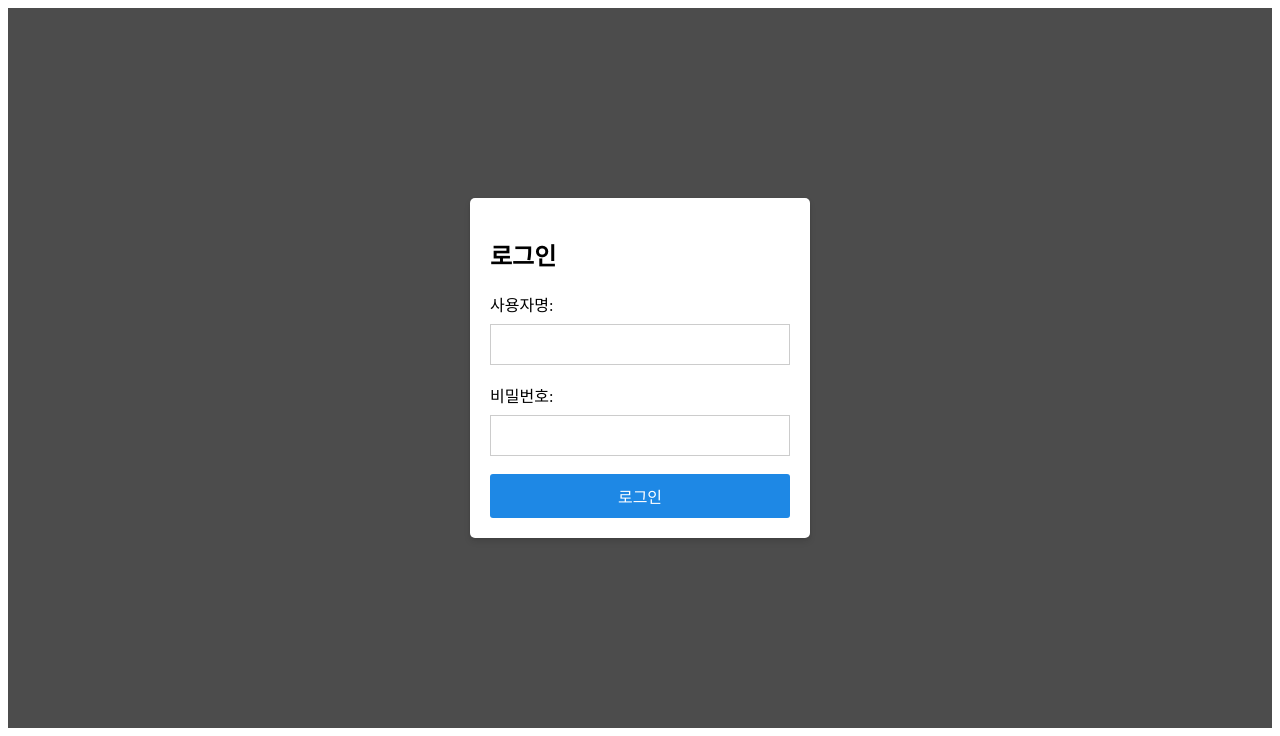
Repository: NewTurn2017/MyChome
Page: index.html
These files come from the project's save history. The page is drawn as it stood at one moment and after the next save; the edit follows.
The browser window is 1280 px wide. The pictures show the whole page.
The page's requests for data from a server got no answer.

Above is the page before, as saved 2023-04-17 20:51:36.
Console error: ReferenceError: validateUser is not defined

After the next save:
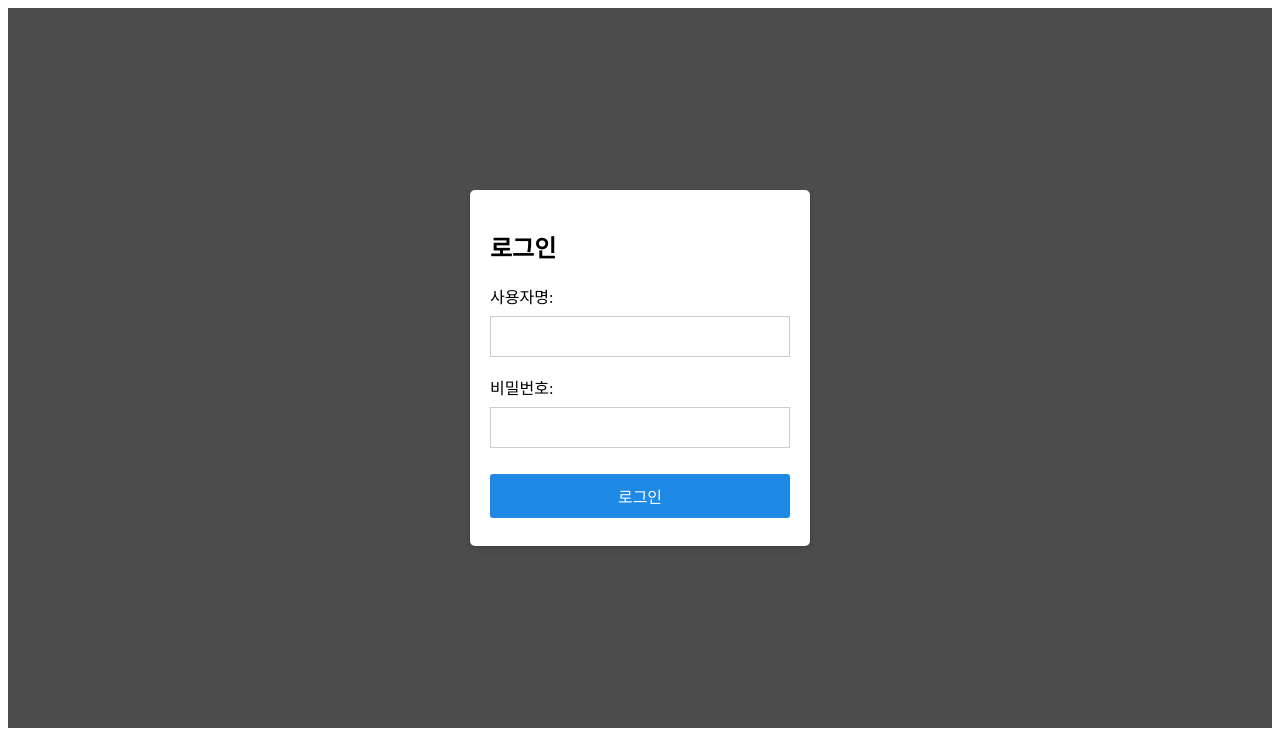
Saved 6 s later.
--- a/style.css
+++ b/style.css
@@ -79,7 +79,7 @@ button[type='submit'] {
   background-color: #4caf50;
   color: white;
   padding: 14px 20px;
-  margin: 8px 0
+  margin: 8px 0;
   width: 100%;
   border: none;
   cursor: pointer;
